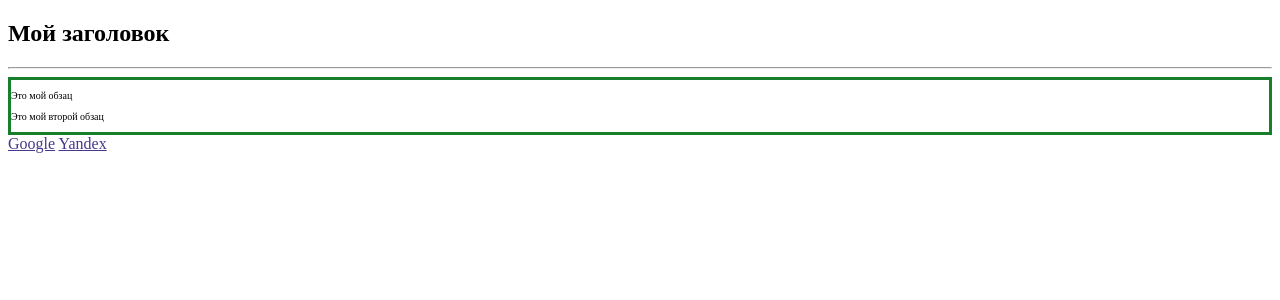
Repository: urserg/html_basic
Page: index.html
These files come from the project's save history. The page is drawn as it stood at one moment and after a run of saves; the edit follows.
The browser window is 1280 px wide. The pictures show the whole page.

Above is the page before, as saved 2021-03-18 22:27:45.

After the next 2 saves:
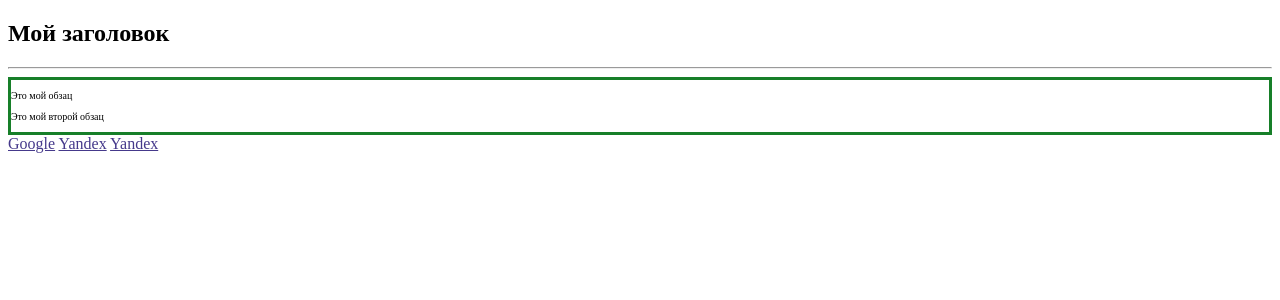
The 2 saves are shown as one change because they came seconds apart.
The last was saved 23 s later.
--- a/index.html
+++ b/index.html
@@ -22,6 +22,8 @@
 
     <a href="https://google.com">Google</a>
     <a href="https://yandex.ru">Yandex</a>
+    <a href="https://yandex.ru">Yandex</a>
+
 
     <style>
 
